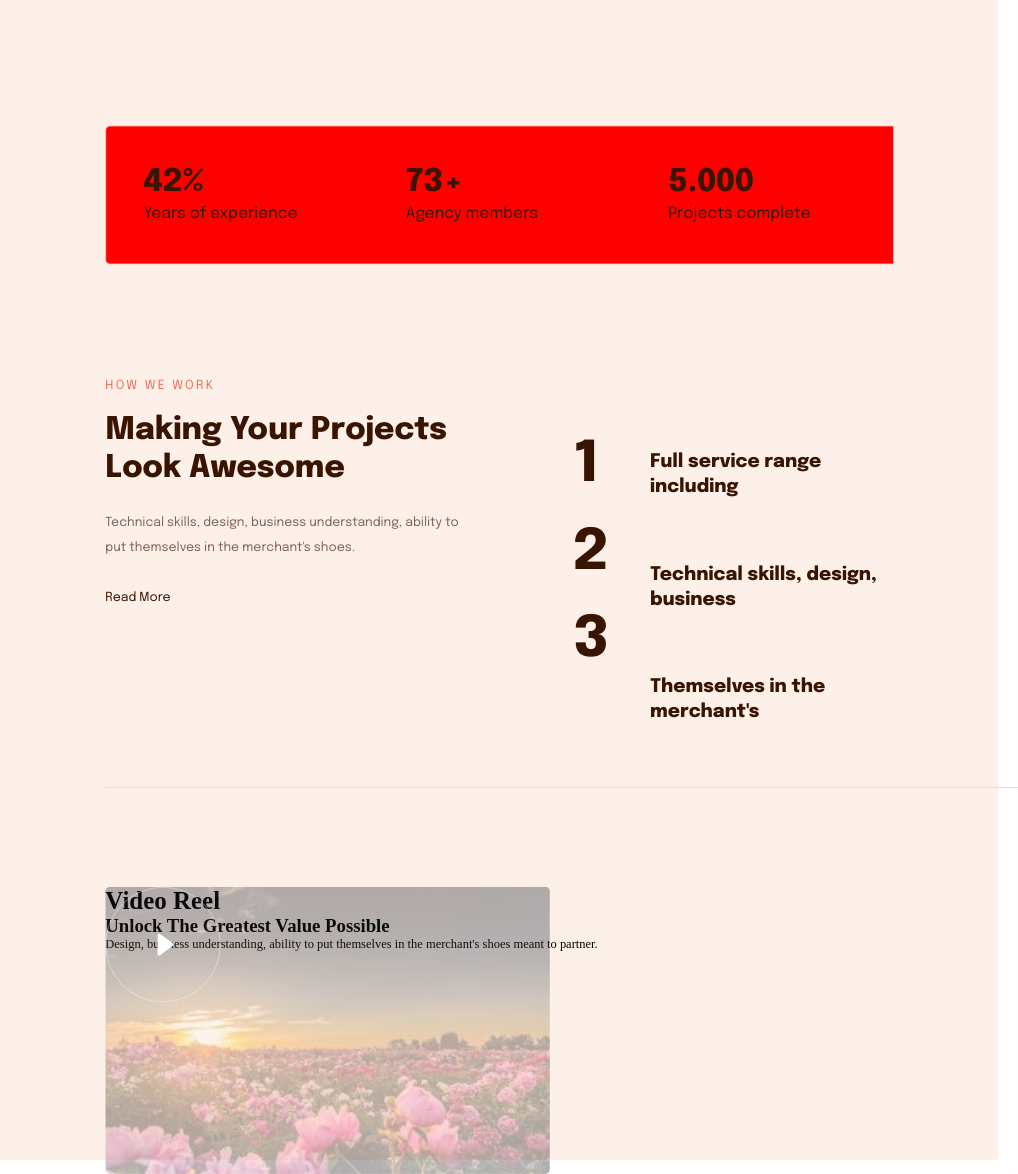
Repository: AytacJafarova/task2
Page: index.html
The author's editor kept a copy of each file at every save. The page is drawn from the files as they stood at one save, then again after a run of saves.
The browser window is 1280 px wide. The page is 1305 px wide, so the pictures cover 1305 px, including what lies to the right of the window. The pictures show the whole page, at 78% of full size.

Above is the page before, as saved 2023-08-01 14:07:57.

After the next 2 saves:
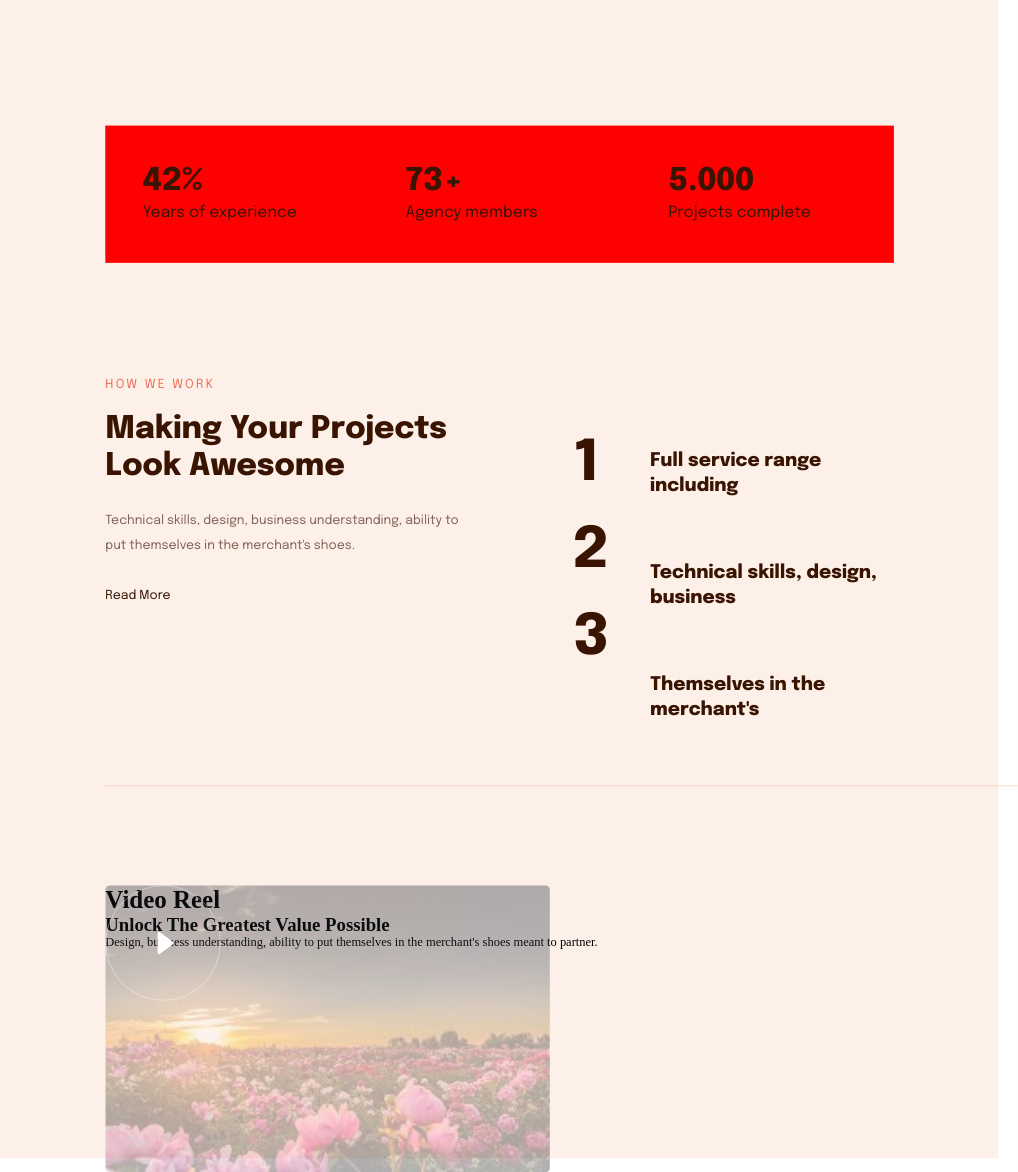
The 2 saves are shown as one change because they came seconds apart.
The last was saved 9 s later.
--- a/index.css
+++ b/index.css
@@ -10,8 +10,8 @@
 }
 .projects ul {
     display: flex;
-    border-radius: 6px 0px 0px 6px;
-    border: 1px solid #F3D1BF;
+    /* border-radius: 6px 0px 0px 6px; */
+    /* border: 1px solid #F3D1BF; */
     background-color: red;
 }
 .projects ul li {
